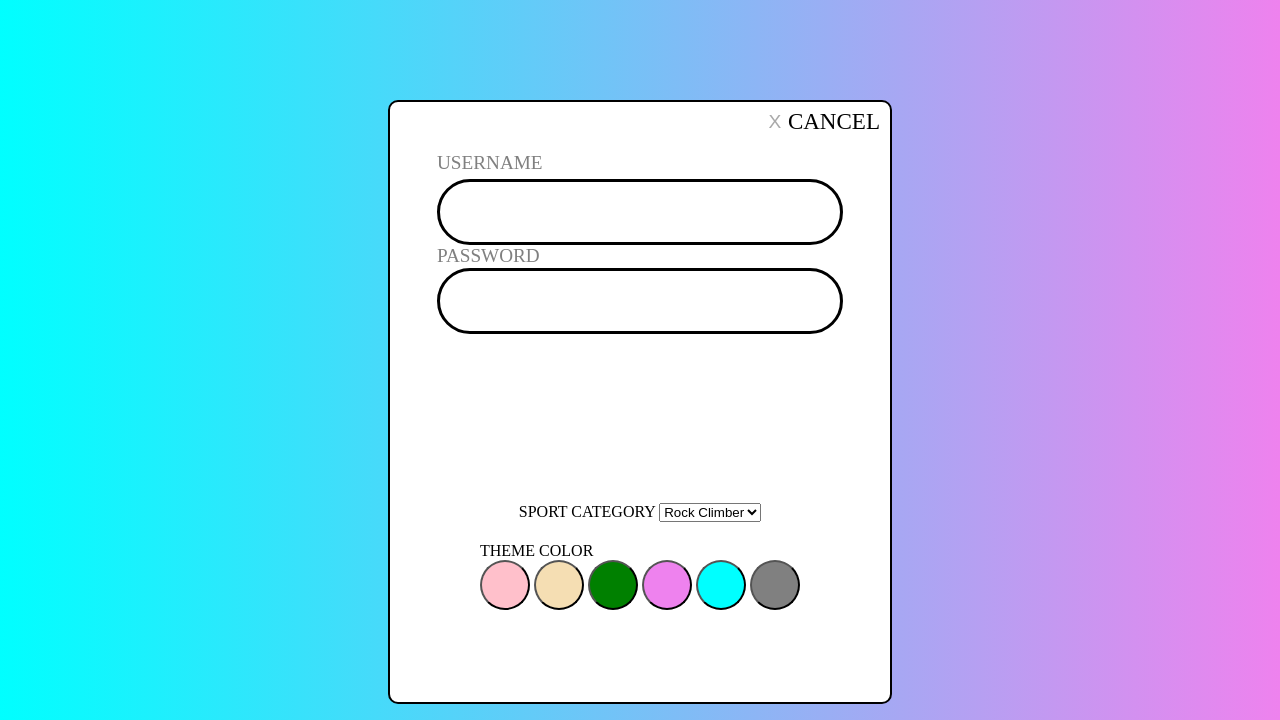
Repository: zRush1202/LoginPage-demo
Page: dom/exercise/login.html
An editor plug-in stored every save of this project. The page is shown before and after the next save, followed by the edit.
The browser window is 1280 px wide. The pictures show the whole page.

Above is the page before, as saved 2023-09-17 09:45:45.

### dom/exercise/login.html
<!DOCTYPE html>
<html lang="en">
<head>
    <meta charset="UTF-8">
    <meta name="viewport" content="width=device-width, initial-scale=1.0">
    <title>Login page</title>
    <link rel="stylesheet" href="login.css">
</head>
<body>
    <div class="login">
        <div class="cancel">
            <button class="X">X</button>
            <span class="cancel">CANCEL</span>
        </div>
        <div class="tk">
            <span class="us">USERNAME</span>
            <br>
            <input type="USERNAME" class="user">
            <br>
            <span class="pa">PASSWORD</span>
            <br>
            <input type="PASSWORD" class="pass">
            <br>
        </div>
        <div class="lab">
            <label for="sport">SPORT CATEGORY</label>
            <select name="sport" id="sport">
                <option value="rc">Rock Climber</option>
                <option value="fb">Football</option>
                <option value="bkb">basketball</option>
                <option value="sm">swimming</option>
            </select>
        </div>
        <div class="theme">
            <span>THEME COLOR</span>
            <br>
            <button class="bgc" style="background-color: pink;"> </button>
            <button class="bgc" style="background-color: wheat;"> </button>
            <button class="bgc" style="background-color: green;"> </button>
            <button class="bgc" style="background-color: violet;"> </button>
            <button class="bgc" style="background-color: cyan;"> </button>
            <button class="bgc" style="background-color: gray;"> </button>
        </div>
    </div>
</body>
</html>

### dom/exercise/login.css
* {
    margin: 0;
    padding: 0;
}

body {
    display: flex;
    justify-content: center;
    align-items: center;
    position: relative;
    top: 100px;
    background-image: linear-gradient(to right, cyan, violet);
}

.login {
    display: block;
    width: 500px;
    height: 600px;
    background-color: white;
    border: 2px solid black;
    border-radius: 10px;
    position: relative;
    display: flex;
    justify-content: center;
    align-items: center;
}

.cancel {
    position: absolute;
    right: 5px;
    top: 3px;
}

.cancel {
    font-size: 120%;

}

.X {
    height: 20px;
    width: 20px;
    color: darkgray;
    font-size: 100%;
    border: none;
    background-color: transparent;
    position: absolute;
    right: 100px;
    top: 6px;
}

.user, .pass {
    height: 60px;
    width: 400px;
    border-radius: 50px;
    border: 3px solid black;
    margin-top: 5px;

}

.us, .pa {
    position: relative;
    left: 0px;
    font-size: 120%;
    color: gray;
}

.tk {
    position: relative;
    height: 50%;
}

.pass, .pa {
    position: absolute;
    bottom: 50;
}

.tk {
    position: absolute;
    top: 50px;
}

.bgc {
    height: 50px;
    width: 50px;
    border-radius: 25px;
}

.lab {
    position: absolute;
    bottom: 180px;
}

.theme {
    position: absolute;
    bottom: 90px;

}

After the next save:
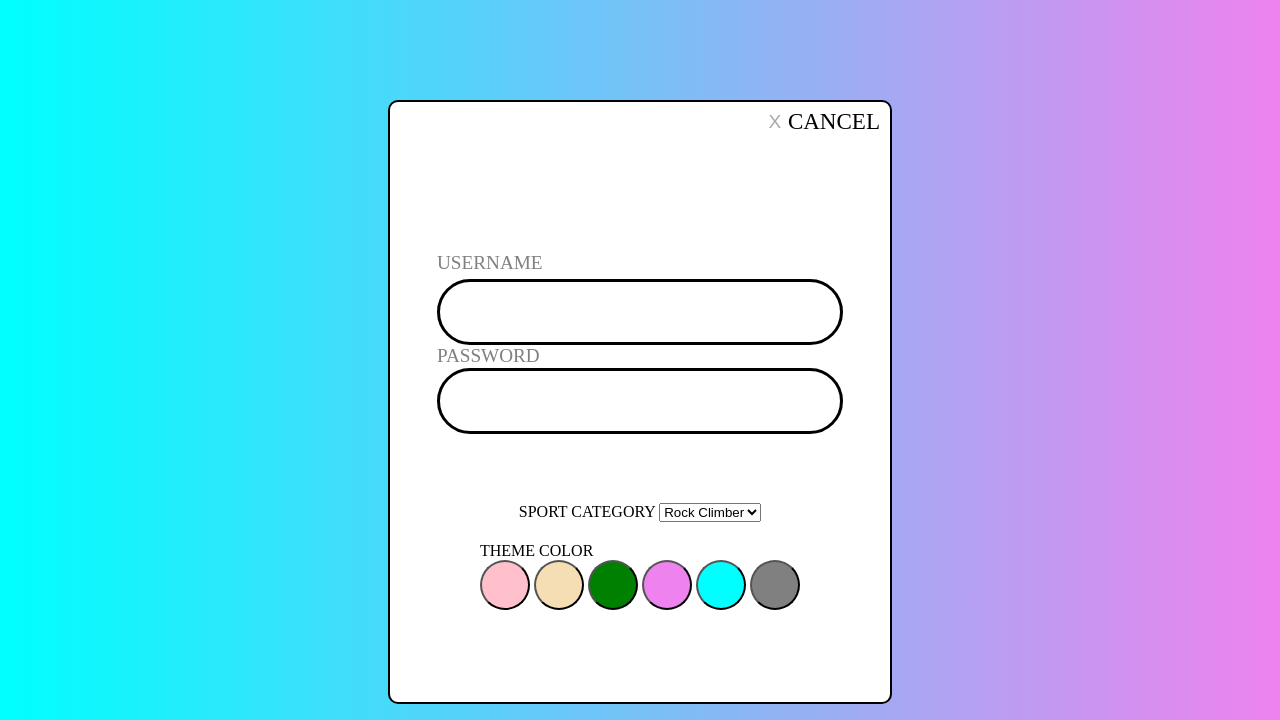
Saved 15 s later.
--- a/dom/exercise/login.css
+++ b/dom/exercise/login.css
@@ -74,11 +74,6 @@ body {
     bottom: 50;
 }
 
-.tk {
-    position: absolute;
-    top: 50px;
-}
-
 .bgc {
     height: 50px;
     width: 50px;

After the 3 saves that followed:
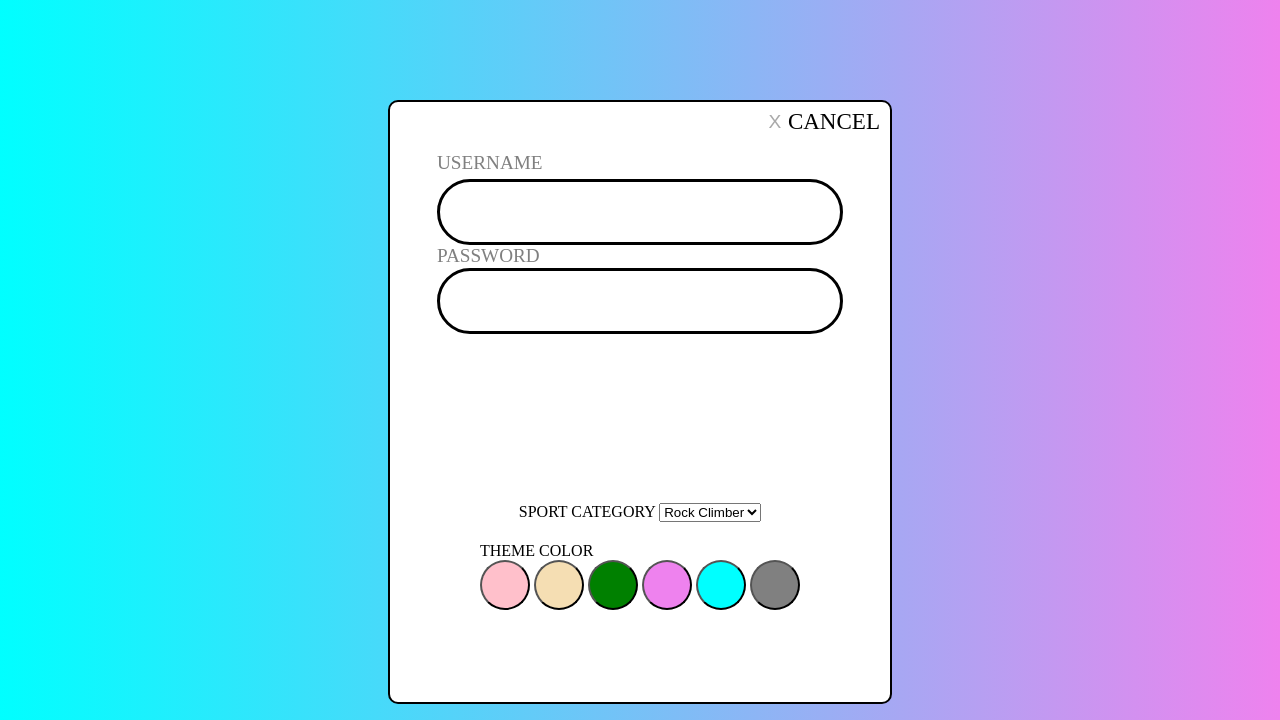
The 3 saves are shown as one change because 1 left the picture as it was and some came seconds apart.
The last was saved 27 s later.
--- a/dom/exercise/login.css
+++ b/dom/exercise/login.css
@@ -65,7 +65,8 @@ body {
 }
 
 .tk {
-    position: relative;
+    position: absolute;
+    top: 50px;
     height: 50%;
 }
 
